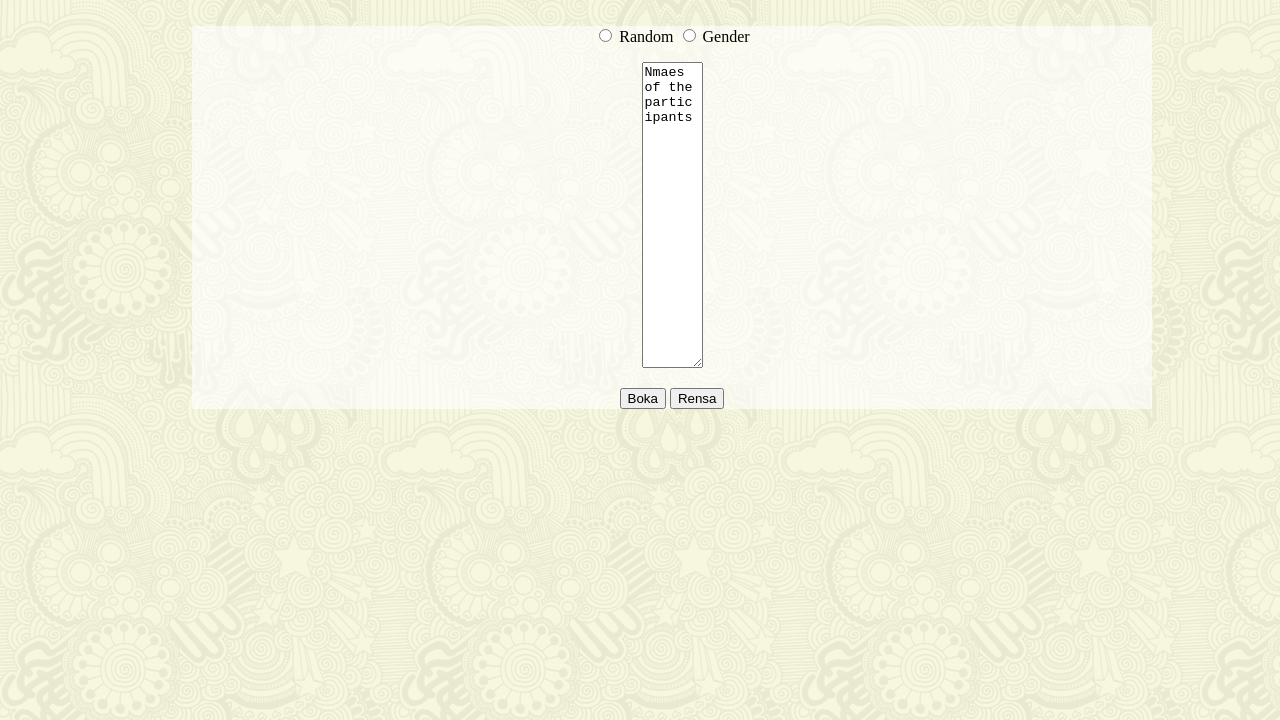
Repository: Maxenboy/Computer-Engineering-BA-A-Web-Programming-with-HTML5-CSS3-and-JavaScript-DT146G
Page: Mittuniversitet/TeamGenerator/index.html
These files come from the project's save history. The page is drawn as it stood at one moment and after the next save; the edit follows.
The browser window is 1280 px wide. The pictures show the whole page.

Above is the page before, as saved 2014-09-22 14:46:10.
Console error: ReferenceError: init is not defined

### Mittuniversitet/TeamGenerator/index.html
<!DOCTYPE html>

<!--  Max Åberg
mabe1411
aaberg.max@gmail.com   -->

<html>
	<head>
		<meta charset="utf-8" />
		<title>TeamGenerator</title>
		<link type="text/css" rel="stylesheet" href="css/main.css">
		<link rel="shortcut icon" type="image/png" href="img/favicon.ico">
		<script src="javascript/main.js"></script>
	</head>
	<body onload="init()">
		<section>
			<form >
				<p>
					<input type="radio" value="random">
					Random
					<input type="radio" value="random">
					Gender
				</p>
				<p>
					<textarea cols="5" rows="20" wrap="physical" id="textarea">Nmaes of the participants </textarea>
				</p>
				<p>
					<input type="submit" value="Boka" />
					<input type="reset" value="Rensa" />
				</p>

			</form>
		</section>
	</body>
</html>

### Mittuniversitet/TeamGenerator/css/main.css
/*  Max Åberg
 mabe1411
 aaberg.max@gmail.com   */

html {
	background: url(../img/skulls.png) fixed;
	text-align: center;
}
body {
	background-color: rgba(255,255,255,.6);
	margin: 2% 10% 15% 15%;
}
textarea {width=100%;
}

Loaded but not shown: Mittuniversitet/TeamGenerator/javascript/main.js (no copy from this time; the picture is the same without it)

After the next save:
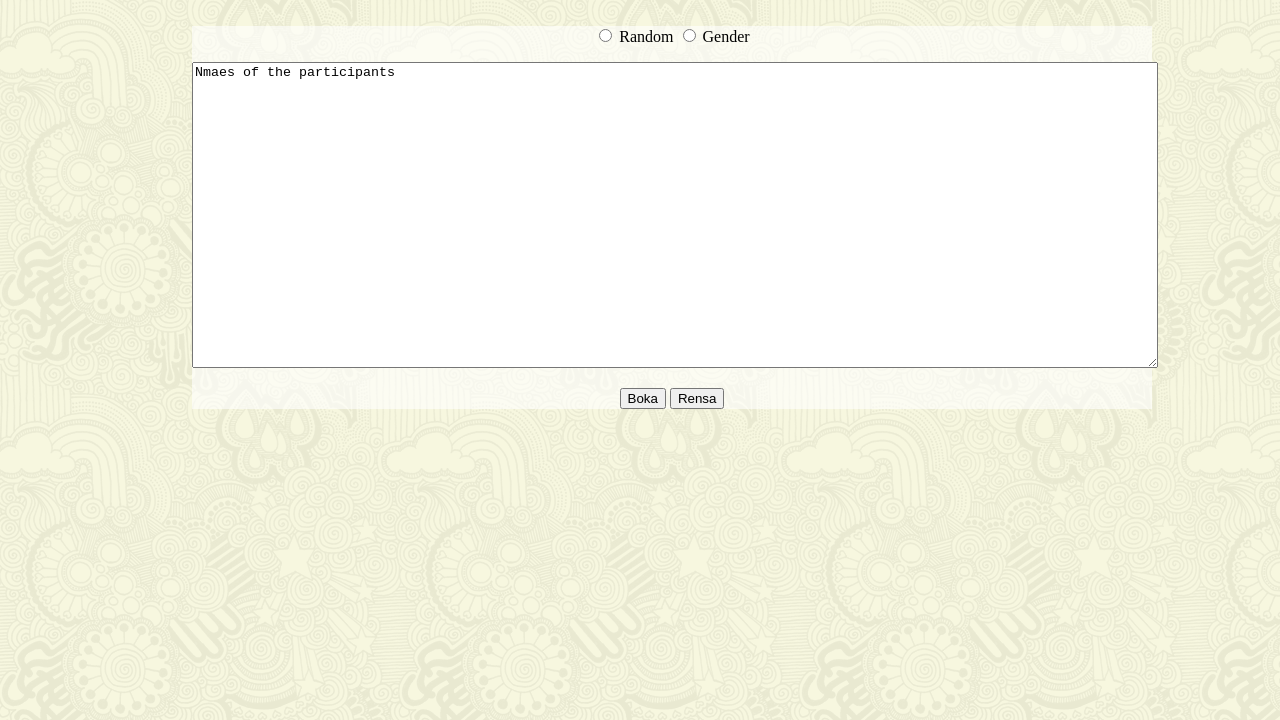
Saved 8 min 48 s later.
--- a/Mittuniversitet/TeamGenerator/css/main.css
+++ b/Mittuniversitet/TeamGenerator/css/main.css
@@ -10,5 +10,6 @@
 	background-color: rgba(255,255,255,.6);
 	margin: 2% 10% 15% 15%;
 }
-textarea {width=100%;
+textarea {
+	width: 100%;
 }
